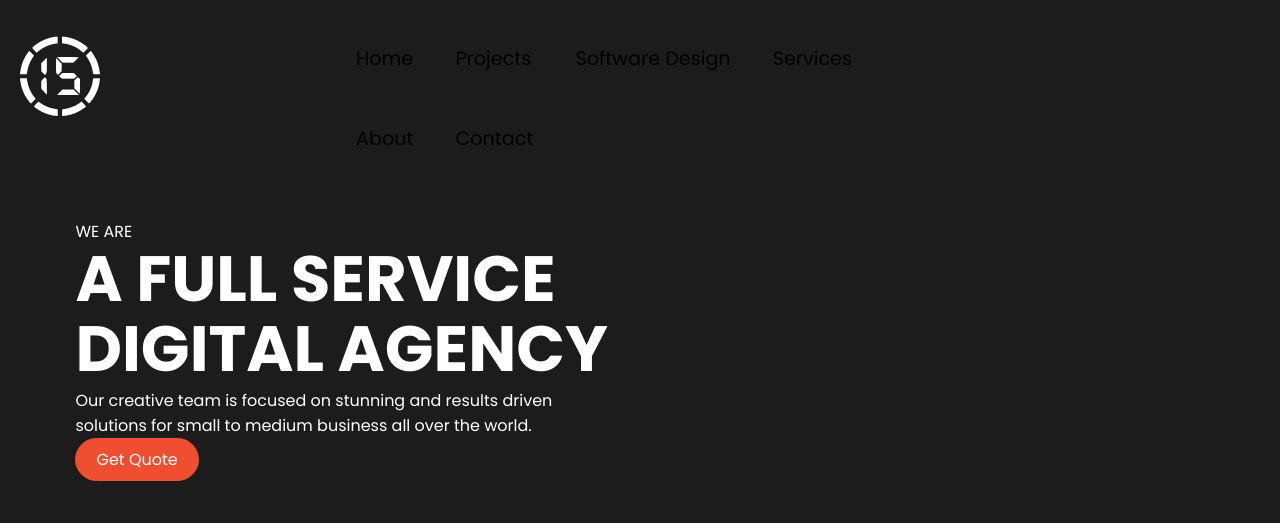
Repository: gopalpurohit54/one5
Page: /
The author's editor kept a copy of each file at every save. The page is drawn from the files as they stood at one save, then again after the next save.
The browser window is 1280 px wide. The pictures show the whole page.
The project was rebuilt for these pictures with package versions that can differ from the ones it lists, and the page was loaded fresh each time.

Above is the page before, as saved 2021-06-11 14:57:34.

### src/index.css
@import url('https://fonts.googleapis.com/css2?family=Poppins:ital,wght@0,100;0,200;0,300;0,400;0,500;0,600;0,700;0,800;0,900;1,100;1,200;1,300;1,400;1,500;1,600;1,700;1,800;1,900&display=swap');

* {
  margin: 0;
  padding: 0;
  outline: none;
  font-family: 'Poppins', sans-serif;
  -webkit-font-smoothing: antialiased;
  -moz-osx-font-smoothing: grayscale;
}

code {
  font-family: source-code-pro, Menlo, Monaco, Consolas, 'Courier New',
    monospace;
}

### src/components/App.js
import React from 'react';
import Navbar from '../components/Navbar';
import { BrowserRouter as Router, Switch, Route } from 'react-router-dom';
import './App.css';
import Home from '../components/Pages/Home';

function App() {
  return (
    <>
    <Router>
      <Navbar />
      <Switch>
        <Route path='/' exact component= {Home} />
      </Switch>
    </Router>
    </>
  );
}



export default App

### src/components/navbar.js
import React, { useState } from 'react';
import { Link } from 'react-router-dom';
import './Navbar.css';

function Navbar() {

    const [click, setClick] = useState(false);

    const handleClick = () => setClick(!click);
    const closeMobileMenu = () => setClick(false);

    return (
        <>
            <nav className="navbar">
                <div className="navbar-container">
                    <Link to="/" className="navbar-logo" onClick= {closeMobileMenu}>
                        <img src="/logo-white.png" alt="" />
                    </Link>
                </div>
                <div className="menu-icon" onClick= {handleClick}>
                    <i className= { click ? 'fas fa-times' : 'fas fa-bars'} />
                </div>
                <ul className= { click ? 'nav-menu active' : 'nav-menu'}>
                    <li className= 'nav-item'>
                        <Link to= '/home' className='nav-links' onClick= {closeMobileMenu}>
                            Home
                        </Link>
                    </li>
                    <li className= 'nav-item'>
                        <Link to= '/projects' className='nav-links' onClick= {closeMobileMenu}>
                            Projects
                        </Link>
                    </li>
                    <li className= 'nav-item'>
                        <Link to= '/software-design' className='nav-links' onClick= {closeMobileMenu}>
                            Software Design
                        </Link>
                    </li>
                    <li className= 'nav-item'>
                        <Link to= '/services' className='nav-links' onClick= {closeMobileMenu}>
                            Services
                        </Link>
                    </li>
                    <li className= 'nav-item'>
                        <Link to= '/about' className='nav-links' onClick= {closeMobileMenu}>
                            About
                        </Link>
                    </li>
                    <li className= 'nav-item'>
                        <Link to= '/contact' className='nav-links' onClick= {closeMobileMenu}>
                            Contact
                        </Link>
                    </li>
                </ul>
            </nav>
        </>
    )
}

export default Navbar

### src/components/App.css

* {
    box-sizing: border-box;
    margin: 0;
    padding: 0;
    font-family: 'Poppins', sans-serif;
    background: #1c1c1c;
  }

### src/components/Pages/Home.js
import React from 'react';
import '../App.css';
import  HeroSection from '../HeroSection';

function Home() {
    return (
        <>
            <HeroSection />
        </>
    )
}

export default Home

### src/components/navbar.css
:root {
    --primary: #F04E31;
}

.navbar {
    background: transparent;
    height: 80px;
    display: flex;
    justify-content: flex-start;
    font-size: 1.2rem;
    position: sticky;
    top: 5%;
    z-index: 999;
}

.navbar-container {
    display: flex;
    justify-content: left;
    align-items: left;
    height: 80px;
    /* max-width: 1500px; */
}

.navbar-logo {
    justify-self: start;
    margin-left: 20px;
    cursor: pointer;
    display: flex;
    align-items: center;
}

.nav-menu {
    display: grid;
    grid-template-columns: repeat(4, auto);
    grid-gap: 10px;
    list-style: none;
    text-align: left;
    width: 60vw;
    justify-content: end;
    margin-right: 2rem;
}

.nav-item {
    height: 70px;
  }

  .nav-links {
    color: #000;
    display: flex;
    align-items: left;
    text-decoration: none;
    padding: 0.5rem 1rem;
    height: 100%;
  }

  .nav-links:hover {
    color: var(--primary);
    transition: all 0.2s ease-out;
  }

  .fa-bars {
    color: #fff;
  }

  .fa-bars:hover {
    color: #F04E31;
  }

  .nav-links-mobile {
    display: none;
  }

  .menu-icon {
    display: none;
  }

  @media screen and (max-width: 960px) {
    .NavbarItems {
      position: relative;
    }

    .nav-menu {
      display: flex;
      flex-direction: column;
      width: 100%;
      height: 90vh;
      position: absolute;
      top: 77px;
      left: -100%;
      opacity: 1;
      transition: all 0.5s ease;
    }

    .nav-menu.active {
      background: #fff;
      left: 0;
      opacity: 1;
      transition: all 0.5s ease;
      z-index: 1;
    }

    .nav-links {
      text-align: left;
      padding: 2rem;
      width: 100%;
      display: table;
    }

    .nav-links:hover {
      background-color: #fff;
      color: var(--primary);
      border-radius: 0;
    }

    .navbar-logo {
      position: absolute;
      top: 0;
      left: 0;
      transform: translate(25%, 50%);
    }

    .menu-icon {
      display: block;
      position: absolute;
      top: 0;
      right: 0;
      transform: translate(-100%, 60%);
      font-size: 1.8rem;
      cursor: pointer;
    }

    .fa-times {
      color: #000;
      font-size: 2rem;
    }

    .fa-times:hover {
      color: #F04E31;
    }
    .nav-links-mobile {
      display: block;
      text-align: left;
      margin: 2rem auto;
      border-radius: 4px;
      width: 80%;
      text-decoration: none;
      font-size: 1.5rem;
      background-color: transparent;
      color: #000;
      padding: 14px 20px;
      border: none;
      transition: all 0.3s ease-out;
    }

    .nav-links-mobile:hover {
      background: #fff;
      color: var(--primary);
      transition: 250ms;
    }
  }

### src/components/HeroSection.js
import React, { useState, useEffect } from 'react';
import './App.css';
import { Button } from './Button';
// import anim from '../src/assets/red-blob-hq.gif';
import styled from 'styled-components';
import { motion } from 'framer-motion';

function HeroSection() {

    const Section = styled.section `
        height: 75vh;
        display: flex;
        flex-direction: column;
        justify-content: center;
        align-items: center;
        background: #1c1c1c;
    `;

    const Container = styled.div `
        display: grid;
        grid-template-columns: 1fr 1fr;
        height: 100vh;
        padding: 3rem calc((100vw - 1300px) /2 );

        @media screen and (max-width: 768px){
            grid-grid-template-columns: 1fr;
        }
    `;

    const ColumnLeft = styled.div `
        display: flex;
        color: #fff;
        flex-direction: column;
        justify-content: center;
        align-items: flex-start;
        padding: 5rem 2rem;

        h1 {
            margin-bottom: 0.25rem;
            font-size: 4rem;
            line-height: 1.1;
        }

        .hero-shortdesc p {
            margin-bottom: 0.25rem;
            font-size: 1rem;
            line-height: 1.5;
            font-style: normal;
            font-weight: 300;
            color: #F04E31;
        }

    `;
    const ColumnRight = styled.div ``

    // eslint-disable-next-line no-unused-vars
    const [button, setButton] = useState(true);

    const showButton = () => {
        if(window.innerWidth <= 960) {
            setButton(false);
        } else {
            setButton(true);
        }
    };

    useEffect ( ( ) => {
        showButton();
    }, []);

    window.addEventListener('resize', showButton);

    return (
        <Section className = 'hero-section'>
            <Container className = 'hero-container'>
                <ColumnLeft className = 'col-left'>
                    <p className = 'hero-shortdesc'>WE ARE</p>
                    <h1>A FULL SERVICE <br/>
                    DIGITAL AGENCY</h1>
                    <p className = 'hero-desc'>Our creative team is focused on stunning and results driven <br/>
                    solutions for small to medium business all over the world.</p>
                    <div className='hero-btn'>
                    <Button className='btn' buttonStyle='btn--primary'>Get Quote</Button>
                    </div>
                </ColumnLeft>
                {/* <ColumnRight className = 'col-right'>
                    <img src= { anim } style= {{ display: 'block', margin: 'auto' }} alt= "Loading..." />
                </ColumnRight> */}
            </Container>
        </Section>
    )
}

export default HeroSection

### src/components/Button.js
import React from 'react';
import './Button.css';
import { Link } from 'react-router-dom';

const STYLES = ['btn--primary', 'btn--outline', 'btn--test'];

const SIZES = ['btn--medium', 'btn--large'];

export const Button = ({
  children,
  type,
  onClick,
  buttonStyle,
  buttonSize
}) => {
  const checkButtonStyle = STYLES.includes(buttonStyle)
    ? buttonStyle
    : STYLES[0];

  const checkButtonSize = SIZES.includes(buttonSize) ? buttonSize : SIZES[0];

  return (
    <Link to='/sign-up' className='btn-mobile'>
      <button
        className={`btn ${checkButtonStyle} ${checkButtonSize}`}
        onClick={onClick}
        type={type}
      >
        {children}
      </button>
    </Link>
  );
};

### src/components/Button.css
:root {
    --primary: #F04E31;
}

.btn {
    padding: 8px 20px;
    border-radius: 30px;
    outline: none;
    border: none;
    cursor: pointer;
}

.btn--primary {
    background-color: var(--primary);
    color: #fff;
    border: 1px solid var(--primary);
}

.btn--outline {
    background-color: transparent;
    color: #F04E31;
    padding: 8px 20px;
    border: 1px solid var(--primary);
    transition: all 0.3s ease-out;
}

.btn--medium {
    padding: 8px 20px;
    font-size: 16px;
}

.btn--large {
    padding: 12px 26px;
    font-size: 16px;
}

.btn--medium:hover, .btn--large:hover {
    background: transparent;
    color: #F04E31;
    transition: all 0.3s ease-out;
}

Loaded but not shown: public/index.html (common file); src/index.js (common file); src/reportWebVitals.js (common file)

After the next save:
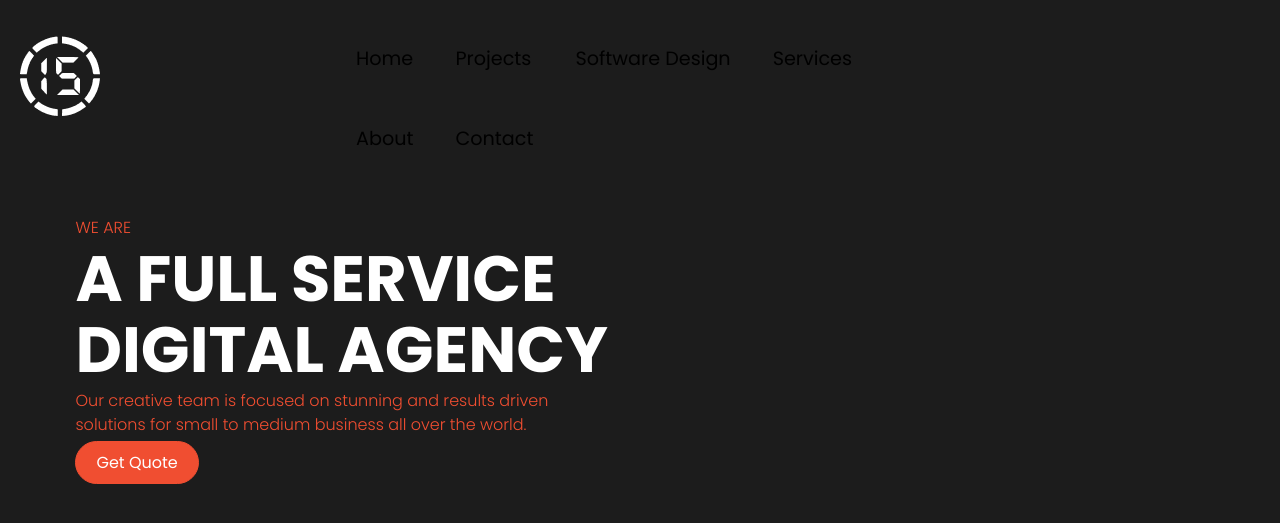
Saved 27 s later.
--- a/src/components/HeroSection.js
+++ b/src/components/HeroSection.js
@@ -41,7 +41,7 @@
             line-height: 1.1;
         }
 
-        .hero-shortdesc p {
+        p {
             margin-bottom: 0.25rem;
             font-size: 1rem;
             line-height: 1.5;

After the save that followed:
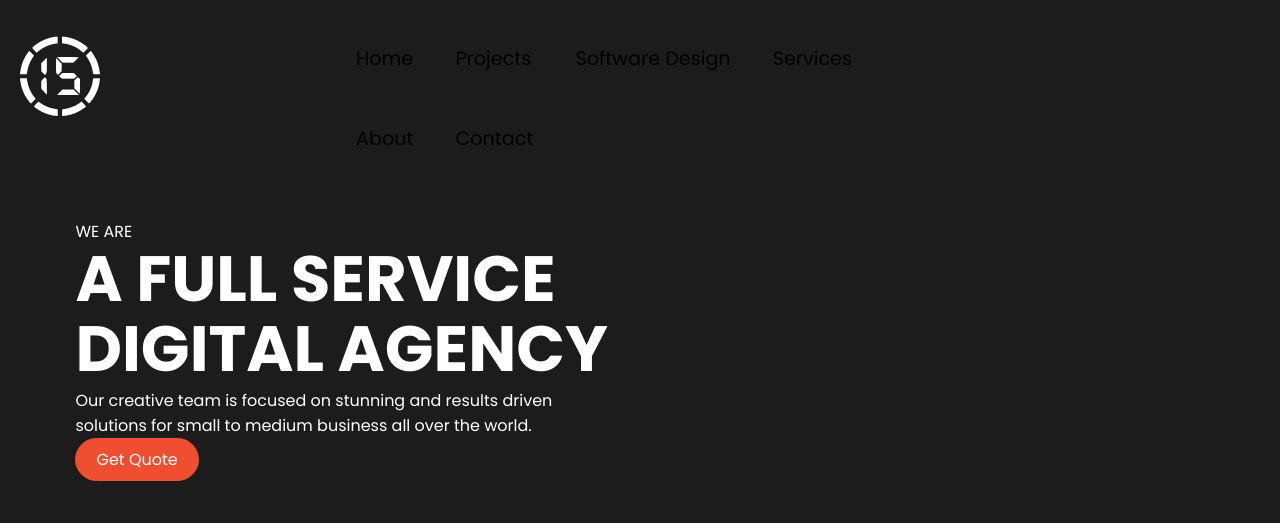
Saved 32 s later.
--- a/src/components/HeroSection.js
+++ b/src/components/HeroSection.js
@@ -41,7 +41,7 @@
             line-height: 1.1;
         }
 
-        p {
+        p .hero-shortdesc {
             margin-bottom: 0.25rem;
             font-size: 1rem;
             line-height: 1.5;
